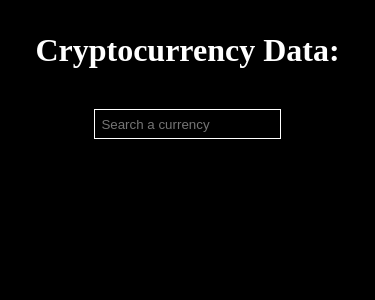
Repository: alejandroacd/cryptocurrency-market
Page: /
The author's editor kept a copy of each file at every save. The page is drawn from the files as they stood at one save, then again after the next save.
The browser window is 375 px wide. The pictures show the whole page.
The page's requests for data from a server got no answer. The project was rebuilt for these pictures with package versions that can differ from the ones it lists, and the page was loaded fresh each time. No one was signed in, and anything a server would have sent is missing. Also part of the build but not shown: src/Currency.js.

Above is the page before, as saved 2021-07-17 14:25:44.

After the next save:
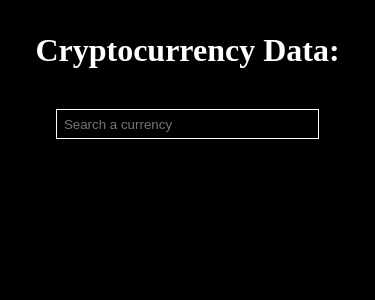
Saved 5 s later.
--- a/src/Currency.css
+++ b/src/Currency.css
@@ -88,7 +88,7 @@
         display:none;
     }
     .crypto_name {
-        width: 50%;
+        width: 70%;
 
     }
 
